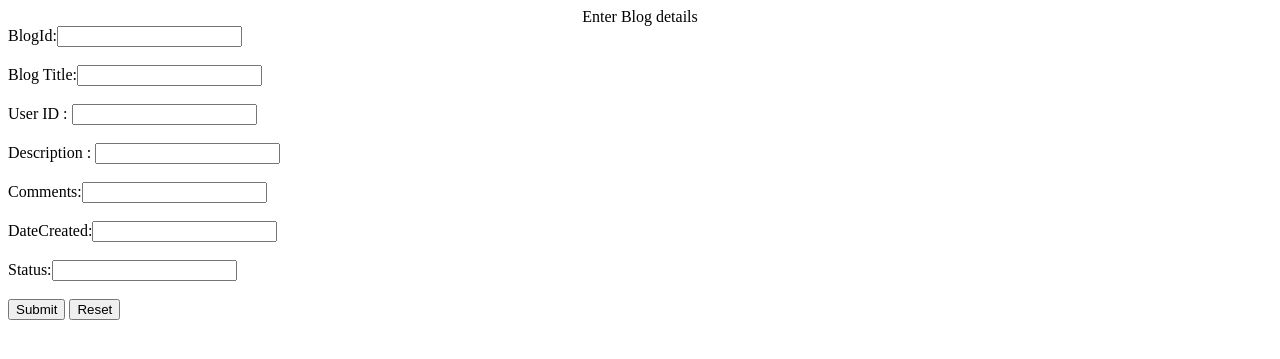
Repository: santosh345/Collabortion
Page: CollaborationFrontEnd/WebContent/c_blog/DeleteBlog.html
An editor plug-in stored every save of this project. The page is shown before and after the next save, followed by the edit.
The browser window is 1280 px wide. The pictures show the whole page.

Above is the page before, as saved 2017-05-30 09:32:01.

After the next save:
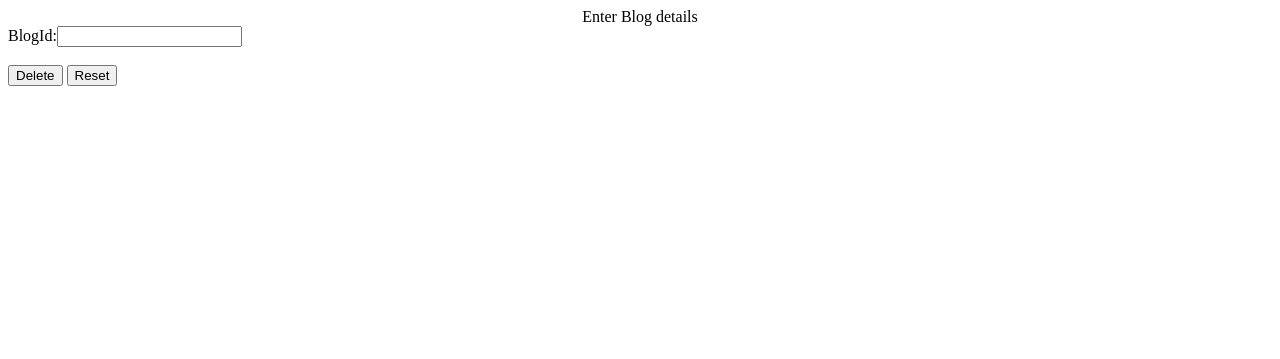
Saved 3 min 40 s later.
--- a/CollaborationFrontEnd/WebContent/c_blog/DeleteBlog.html
+++ b/CollaborationFrontEnd/WebContent/c_blog/DeleteBlog.html
@@ -2,23 +2,11 @@
 
 <center>Enter Blog details</center>
 
-<form ng-submit="ctrl.submit()" method="post" name ="myForm" class="form-horizontal">
+<form ng-submit="ctrl.delete()" method="post" name ="myForm" class="form-horizontal">
 
 BlogId:<input type="text" ng-model="ctrl.blog.id"><br><br>
 
-Blog Title:<input type="text" ng-model="ctrl.blog.title"/><br><br>
-
-User ID : <input type="text" ng-model="ctrl.blog.user_id"/><br><br>
-
-Description : <input type="text" ng-model="ctrl.blog.description"/><br><br>
-
-Comments:<input type="text" ng-model="ctrl.blog.comments"/><br></br>
-
-DateCreated:<input type="text" ng-model="ctrl.blog.datecreated"/><br></br>
-
-Status:<input type="text" ng-model="ctrl.blog.status"/><br></br>
-
-<input type="submit" value="Submit">
+<input type="submit" value="Delete">
 
 <button type="button" ng-click="ctrl.reset()">Reset</button>
 
